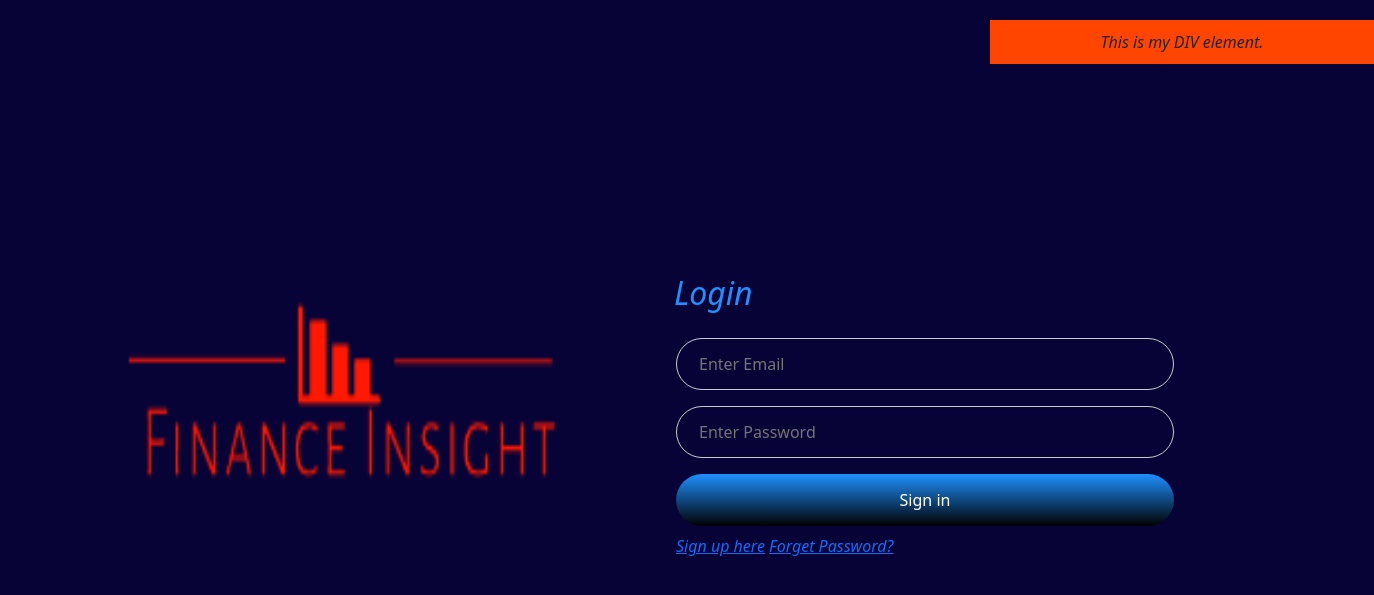
Repository: Sadia-Naveed-Shaikh/JavaScript-Website
Page: src/login.html
An editor plug-in stored every save of this project. The page is shown before and after the next save, followed by the edit.
The browser window is 1280 px wide. The page is 1374 px wide, then 1324 px, so the pictures cover 1374 px, including what lies to the right of the window. The pictures show the whole page.
Some icons come from a web library that is not loaded, so they are not drawn.

Above is the page before, as saved 2021-10-30 23:18:38.

After the next save:
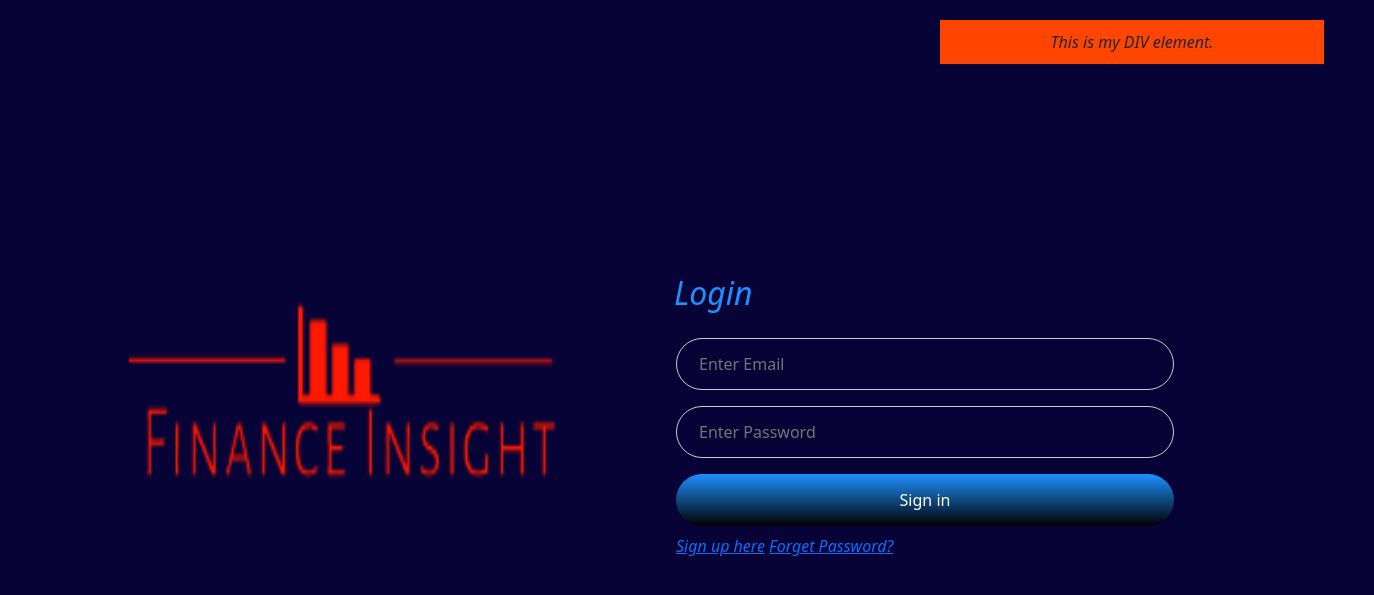
Saved 6 s later.
--- a/assets/css/signin.css
+++ b/assets/css/signin.css
@@ -64,5 +64,5 @@
   display: block;
   position: relative;
  margin-right: 0px;
- margin-left: 990px;
+ margin-left: 940px;
 }
